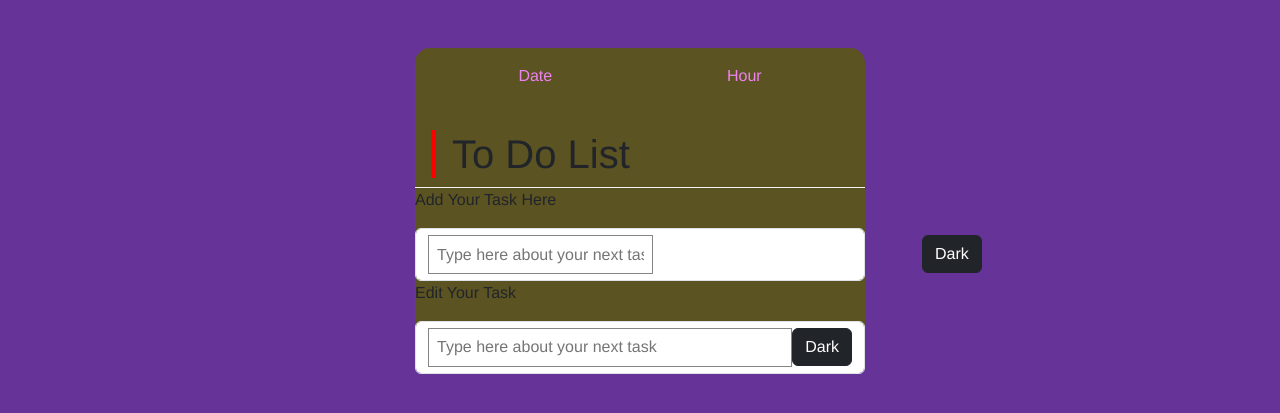
Repository: Passionblaz/TODO
Page: TODO/Untitled-1.html
These files come from the project's save history. The page is drawn as it stood at one moment and after the next save; the edit follows.
The browser window is 1280 px wide. The pictures show the whole page.

Above is the page before, as saved 2023-07-14 14:10:08.

### TODO/Untitled-1.html
<!DOCTYPE html>
<html lang="en">
<head>
  <meta charset="UTF-8">
  <meta name="viewport" content="width=device-width, initial-scale=1.0">
  <title>Document</title>
  <link href="https://cdn.jsdelivr.net/npm/bootstrap@5.3.0/dist/css/bootstrap.min.css" rel="stylesheet" integrity="sha384-9ndCyUaIbzAi2FUVXJi0CjmCapSmO7SnpJef0486qhLnuZ2cdeRhO02iuK6FUUVM" crossorigin="anonymous">
  <!-- Bootstrap Bundle JS (jsDelivr CDN) -->
  <script defer src="https://cdn.jsdelivr.net/npm/bootstrap@5.3.0/dist/js/bootstrap.bundle.min.js" integrity="sha384-geWF76RCwLtnZ8qwWowPQNguL3RmwHVBC9FhGdlKrxdiJJigb/j/68SIy3Te4Bkz" crossorigin="anonymous"></script>
  <link rel="stylesheet" href="todostyles.css">
</head>
<body>
<div class="todo-container">
  <div class="date-hour">
    <p class="date">Date</p>
    <p class="hour">Hour</p>
  </div>
<header>
  <h1>To Do List</h1>
</header>
<!--  -->
<form action="" id="todo-form">
  <p>Add Your Task Here</p>
<div class="form-control">
<input type="text" id="todo-input" placeholder="Type here about your next task">
<div class="button">
  <button type="button" class="btn btn-dark">Dark</button>
 </div>
</div>

</form>

<form action="" id="edit-form">
  <p>Edit Your Task</p>
<div class="form-control">
<input type="text" id="edit-input" placeholder="Type here about your next task">
<div class="button2">
  <button type="button" class="btn btn-dark">Dark</button>
 </div>
</div>

</form>

</div>




    </body>
</html>

### TODO/todostyles.css
*{
  padding: 0;
  margin: 0;
  box-sizing: border-box;
}
body{
  font-family: 'Franklin Gothic Medium', 'Arial Narrow', Arial, sans-serif;
  background: rebeccapurple;

}
.form-control {
  display: flex;
}
.form-control input {
  flex: 1;
  outline: 0;
box-shadow: none;
border: 1px solid #858585;
}
.form-control button:hover {
  background-color: green;
}
.date-hour {
  display: flex;
  justify-content: space-around;
  align-items:center;
  padding: 1rem 1rem 1.5rem 1rem;
  font-size: 16px;
  color: violet;
}
button {
  background-color: darkorange;
  color: blue;
  border: 2px solid red;
  padding: 0.2rem 0.4rem;
  font-size: .8rem;
  cursor: pointer;
  justify-content: center;
  align-items: center;
  transition: .4s;
  border: 1px solid orange;
}
button:hover {
  background-color: orangered;
  color: white;
}
button > i {
  font-weight: bold;
  pointer-events: none;
}
input {
  padding: .4rem .5rem;
}
.hide {
  display: none;
}
.todo-container {
  background-color: #5c5323;
  border-radius: 15px;
  width: 450px;
  margin: 3rem auto;
  padding: 1.5.rem;
}
.todo-container header {
  padding: 0.1rem 1rem;
border-bottom: 1px solid whitesmoke;
}
header >h1 {
  padding-left: 16px;
  border-left: 5px solid red;
}


.button {
  padding-left: 269px;

}

After the next save:
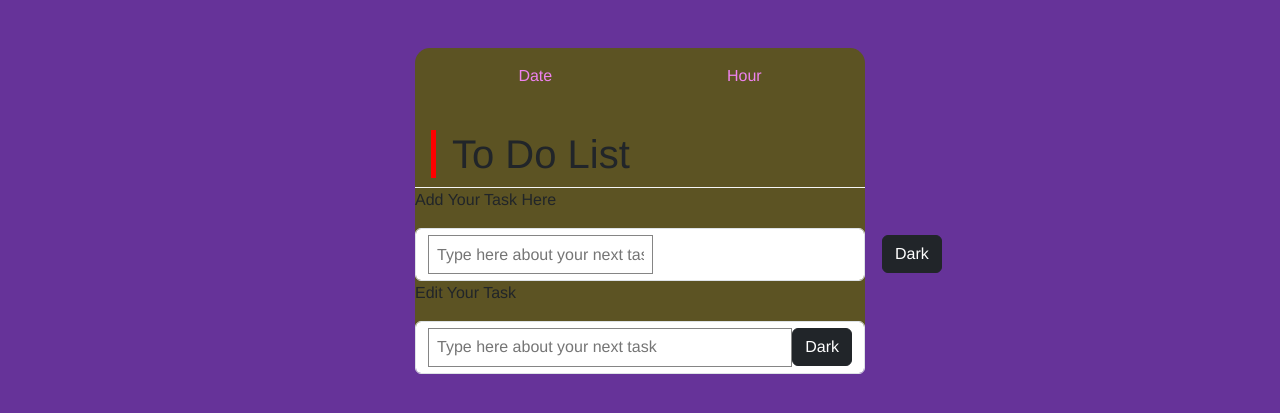
Saved 23 s later.
--- a/TODO/todostyles.css
+++ b/TODO/todostyles.css
@@ -72,6 +72,6 @@ header >h1 {
 
 
 .button {
-  padding-left: 269px;
+  padding-left: 229px;
 
 }
